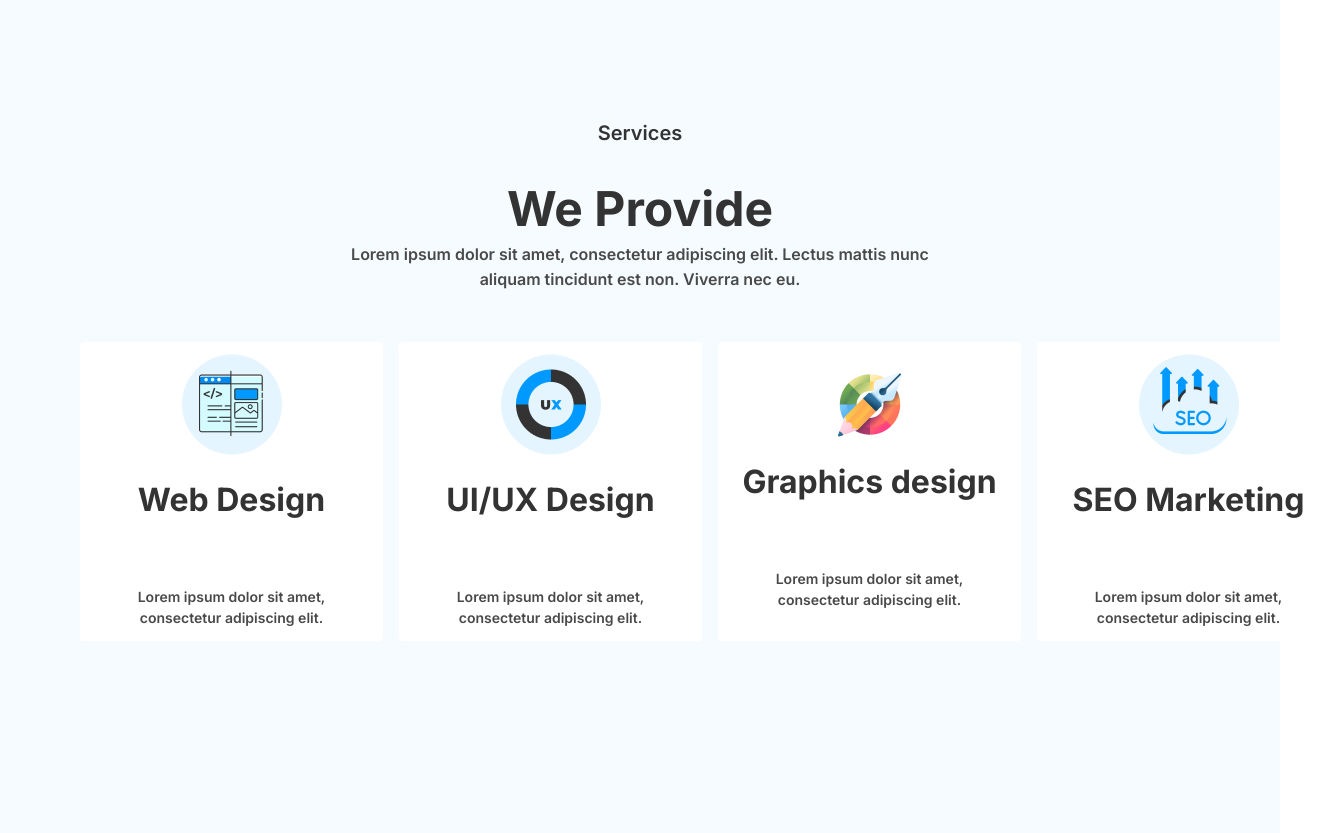
Repository: kubrazamanova/Agencywebsite
Page: servicePage/index.html
These files come from the project's save history. The page is drawn as it stood at one moment and after the next save; the edit follows.
The browser window is 1280 px wide. The page is 1340 px wide, so the pictures cover 1340 px, including what lies to the right of the window. The pictures show the whole page.

Above is the page before, as saved 2023-10-03 19:24:22.

After the next save:
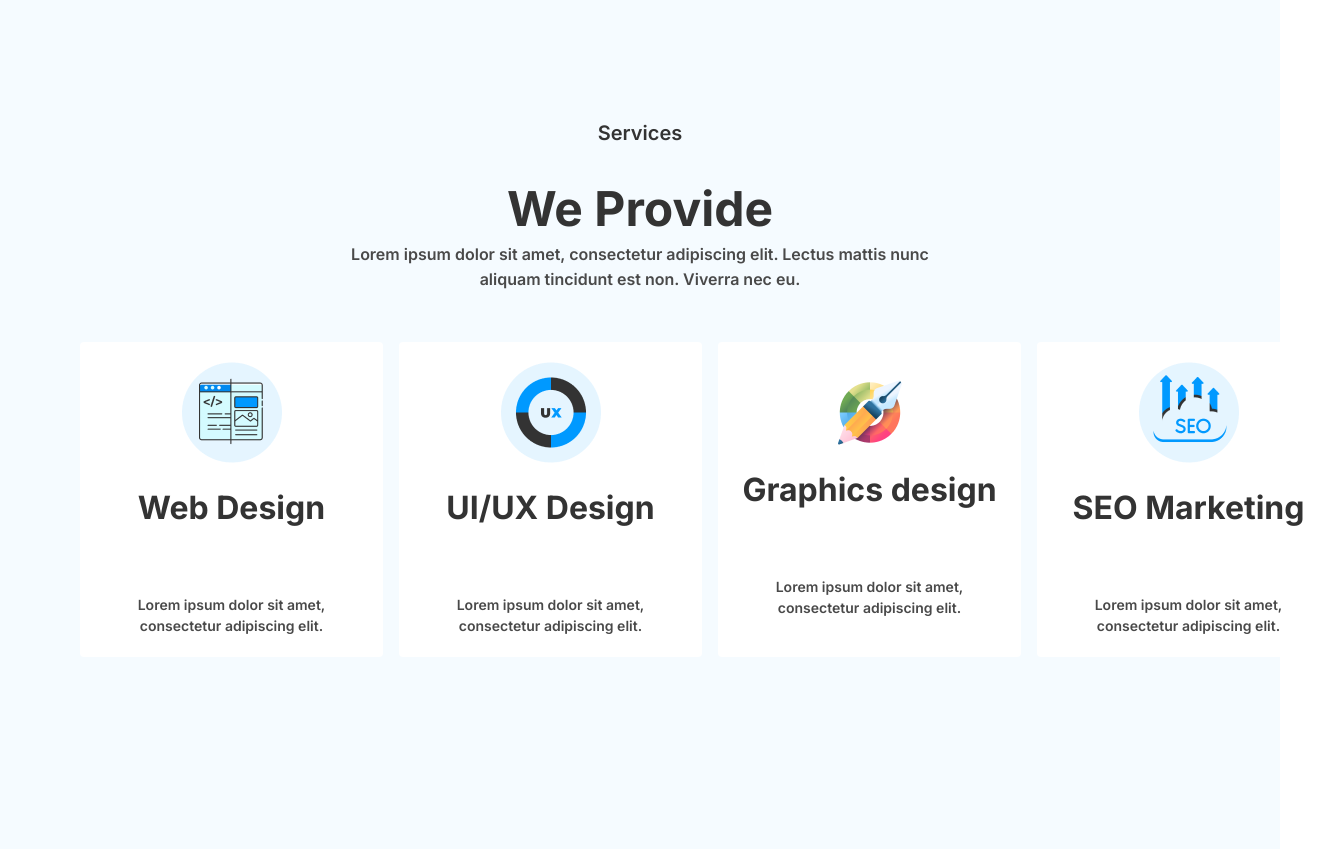
Saved 65 s later.
--- a/servicePage/index.css
+++ b/servicePage/index.css
@@ -69,7 +69,7 @@ ul li {
   display: flex;
   /* width: 308px;
   height: 342px; */
-  padding: 12px 24px;
+  padding: 20px 24px;
   flex-direction: column;
   justify-content: center;
   align-items: center;
